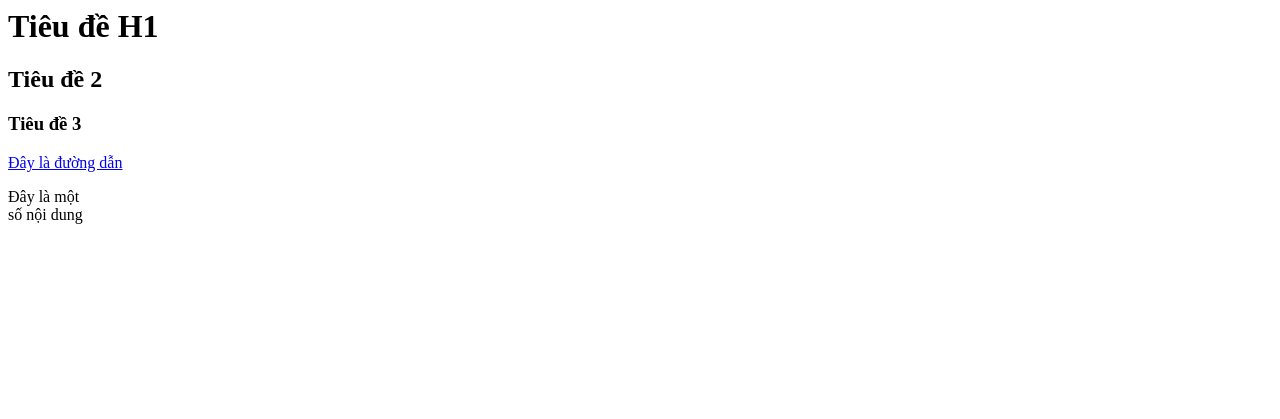
Repository: quangkhoi1228/quangkhoi1228-guide
Page: frontend-can-ban/index.html
An editor plug-in stored every save of this project. The page is shown before and after the next save, followed by the edit.
The browser window is 1280 px wide. The pictures show the whole page.

Above is the page before, as saved 2022-05-11 23:30:09.

### frontend-can-ban/index.html
<h1>Tiêu đề H1</h1>

<h2>Tiêu đề 2</h2>


<h3>Tiêu đề 3</h3>


<a href="https://google.com">Đây là đường dẫn</a>


<p>Đây là một <br /> số nội dung </p>

After the next save:
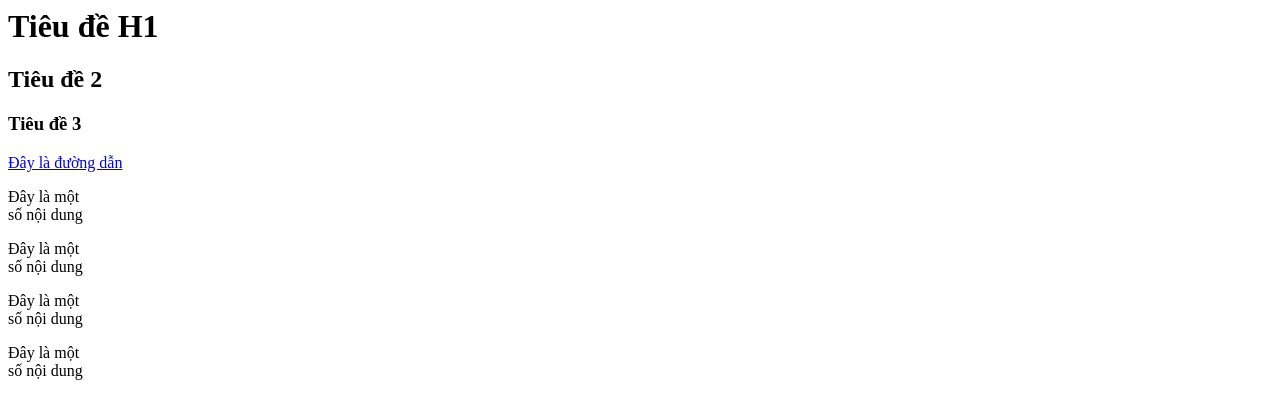
Saved 22 s later.
--- a/frontend-can-ban/index.html
+++ b/frontend-can-ban/index.html
@@ -10,3 +10,6 @@
 
 
 <p>Đây là một <br /> số nội dung </p>
+<p>Đây là một <br /> số nội dung </p>
+<p>Đây là một <br /> số nội dung </p>
+<p>Đây là một <br /> số nội dung </p>
